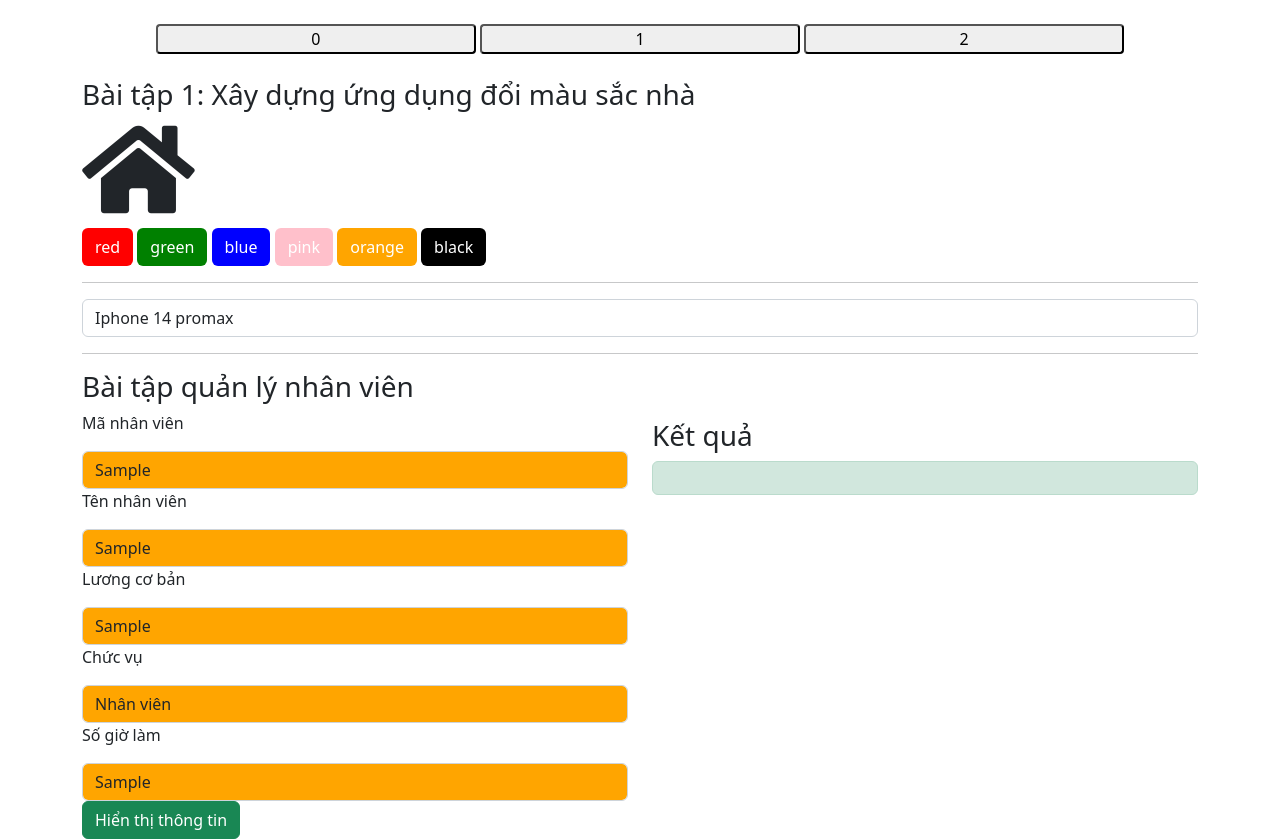
Repository: hcozyph/CyberSoft_Bai_Tap_Tren_Lop
Page: ES6/ES6_BASIC/index.html
An editor plug-in stored every save of this project. The page is shown before and after the next save, followed by the edit.
The browser window is 1280 px wide. The pictures show the whole page.
Empty fields were first filled with sample values (such as "Sample", 5 or name@example.com).
After loading, the first visible `#frmNhanVien` was submitted once.
Some web libraries are served in a nearby version.

Above is the page before, as saved 2023-03-22 20:50:06.

After the next save:
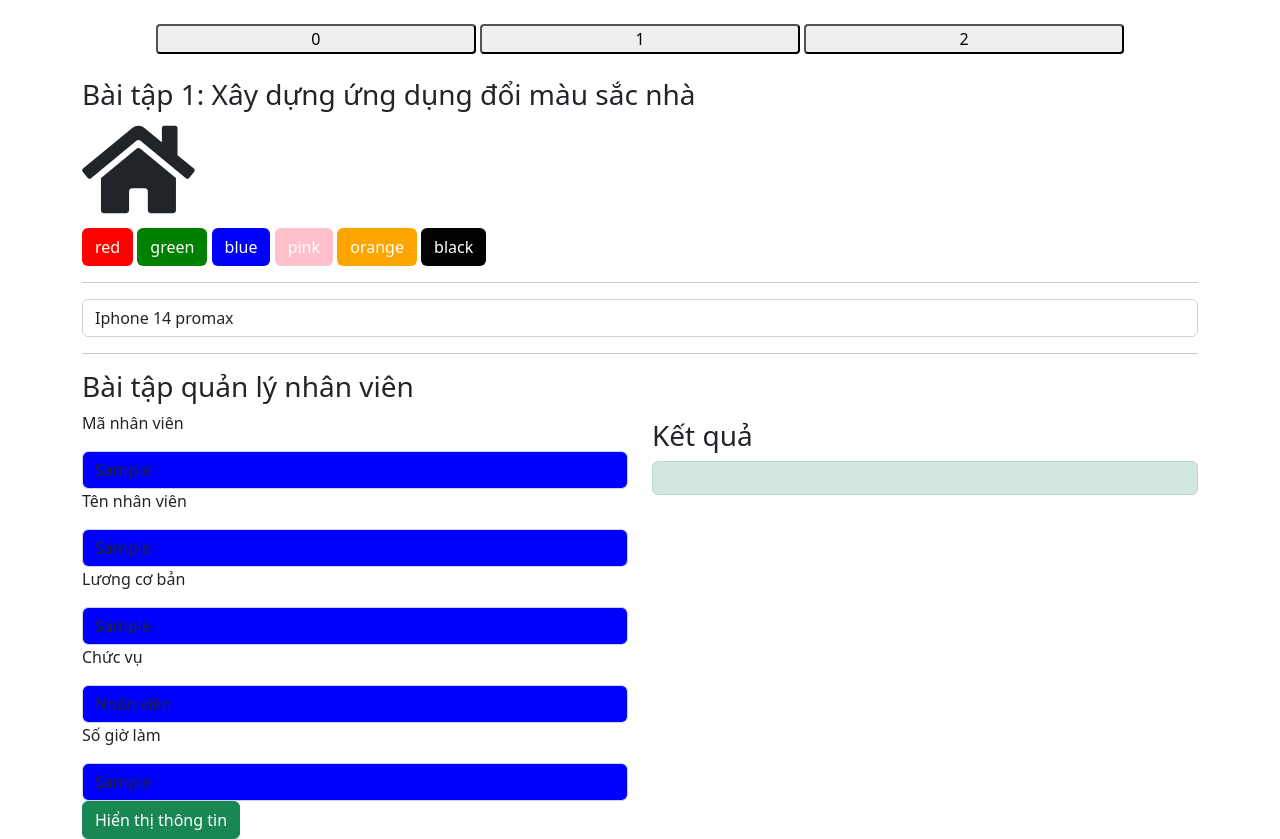
Saved 27 s later.
--- a/ES6/ES6_BASIC/index.js
+++ b/ES6/ES6_BASIC/index.js
@@ -336,6 +336,7 @@
         let { id, value, style } = input;
         // let id = input.id; //maNhanVien
         // let value = input.value;
+        style.backgroundColor = 'blue';
         nhanVien[id] = value;
     }
     console.log('nhanVien', nhanVien)
